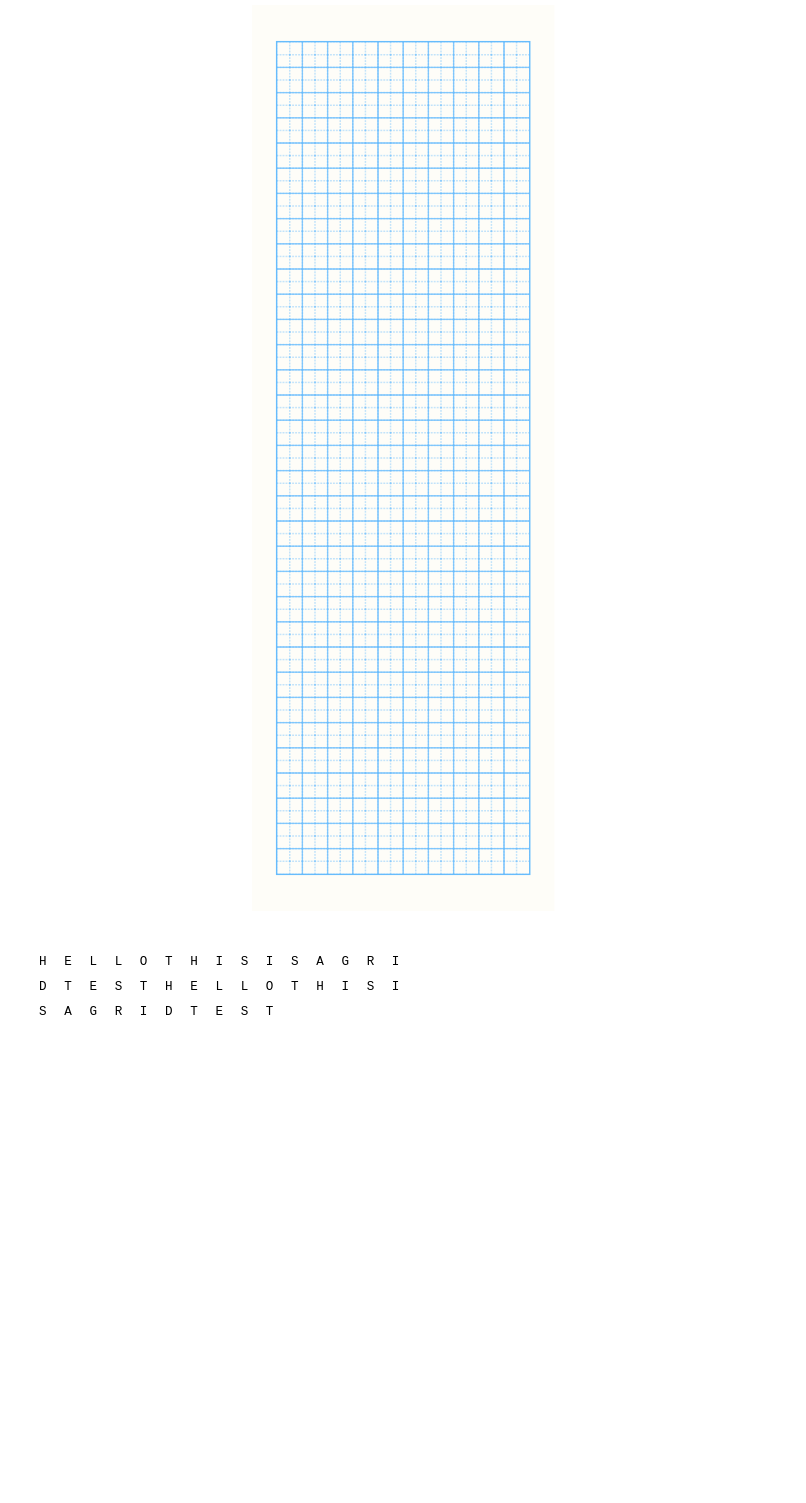
Repository: pyrcl090/p-p
Page: index.html
The author's editor kept a copy of each file at every save. The page is drawn from the files as they stood at one save, then again after a run of saves.
The browser window is 1280 px wide. The pictures show the whole page, at 63% of full size.

Above is the page before, as saved 2025-03-30 10:31:18.

### index.html
<!DOCTYPE html>
<html lang="en">
<head>
    <meta charset="UTF-8">
    <meta name="viewport" content="width=device-width, initial-scale=1.0">
    <title>Pube</title>
    <link rel="stylesheet" href="style.css">
</head>
<body>

    <div class="page">
        <div class="grid-container"></div>
    </div>

    <div class="text">
    <div class="overlay-grid"></div>
    </div>

</body>
<script src="script.js" async defer></script>
</html>

### style.css
*{

}

body{
    background-color: ;
}

.page{
    background-color: rgb(254, 253, 248);
    margin: auto;
    width: fit-content;
    height: fit-content;
    padding-top: 3.7em;
    padding-bottom: 3.7em;
    padding-left: 2.5em;
    padding-right: 2.5em;
    position: relative;
}
.grid-container {
    display: grid;
    grid-template-columns: repeat(10, 40px);
    grid-template-rows: repeat(22, 40px);
    outline: 2px solid rgb(88, 181, 253);
    width: fit-content;
    margin: auto;
    opacity: .9;
}
.grid-item {
    display: grid;
    position: relative;
    grid-template-columns: repeat(2, 1fr);
    grid-template-rows: repeat(2, 1fr);
    outline: .5px solid rgb(88, 181, 253);
    width: 40px;
    height: 40px;
}
.sub-cell {
    outline: 0.25px dashed rgb(88, 181, 253);
    opacity: .5;
    width: 100%;
    height: 100%;
}

.text{
    position: absolute;
    background-color: transparent;
    margin: auto;
    width: fit-content;
    height: fit-content;
    padding-top: 3.7em;
    padding-bottom: 3.7em;
    padding-left: 2.5em;
    padding-right: 2.5em;
}
.overlay-grid {
    position: absolute;
    display: grid;
    grid-template-columns: repeat(15, 40px);
    grid-template-rows: repeat(22, 40px);
    width: fit-content;
    margin: auto;
    pointer-events: none;
}

.overlay-item {
    display: flex;
    align-items: center;
    justify-content: center;
    font-family: 'Courier New', monospace;
    font-size: 20px;
    text-align: center;
    color: black;
}

### script.js
const gridContainer = document.querySelector('.grid-container');
        const overlayGrid = document.querySelector('.overlay-grid');
        const text = "HELLOTHISISAGRIDTESTHELLOTHISISAGRIDTEST".split(""); // Example text

        let index = 0;

        // Create the base grid items (with sub-cells)
        for (let i = 0; i < 22 * 15; i++) {
            let gridItem = document.createElement('div');
            gridItem.className = 'grid-item';

            // Add sub-cells inside each grid item
            for (let j = 0; j < 4; j++) {
                let subCell = document.createElement('div');
                subCell.className = 'sub-cell';
                gridItem.appendChild(subCell);
            }

            gridContainer.appendChild(gridItem);
        }

        // Create the overlay grid items (with text)
        for (let i = 0; i < 22 * 15; i++) {
            let overlayItem = document.createElement('div');
            overlayItem.className = 'overlay-item';

            // Add a letter from the text if available
            if (index < text.length) {
                overlayItem.textContent = text[index];
                index++;
            }

            overlayGrid.appendChild(overlayItem);
        }

After the next 2 saves:
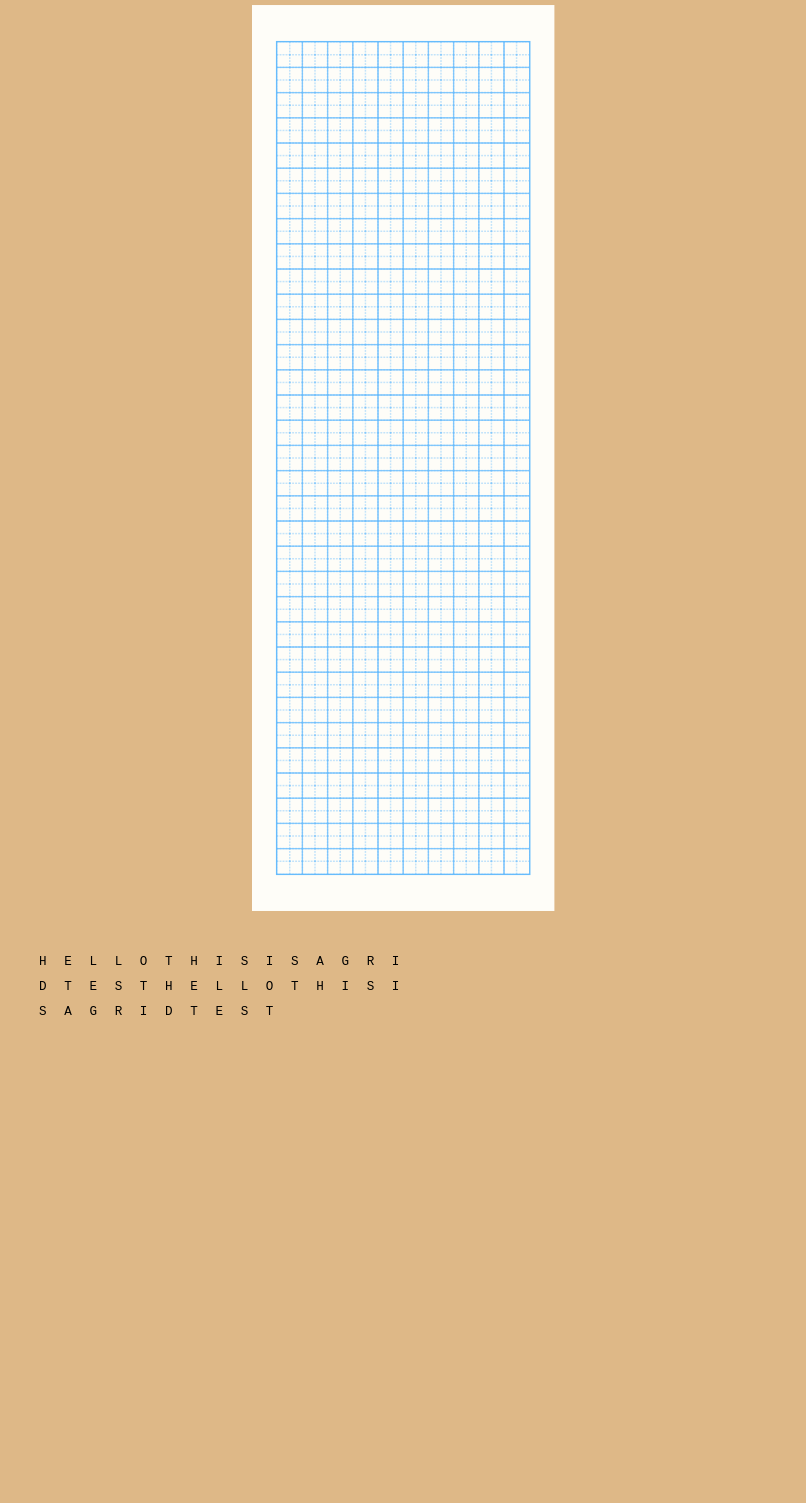
The 2 saves are shown as one change because they came seconds apart.
The last was saved 6 s later.
--- a/style.css
+++ b/style.css
@@ -3,7 +3,7 @@
 }
 
 body{
-    background-color: ;
+    background-color: burlywood;
 }
 
 .page{

After the save that followed:
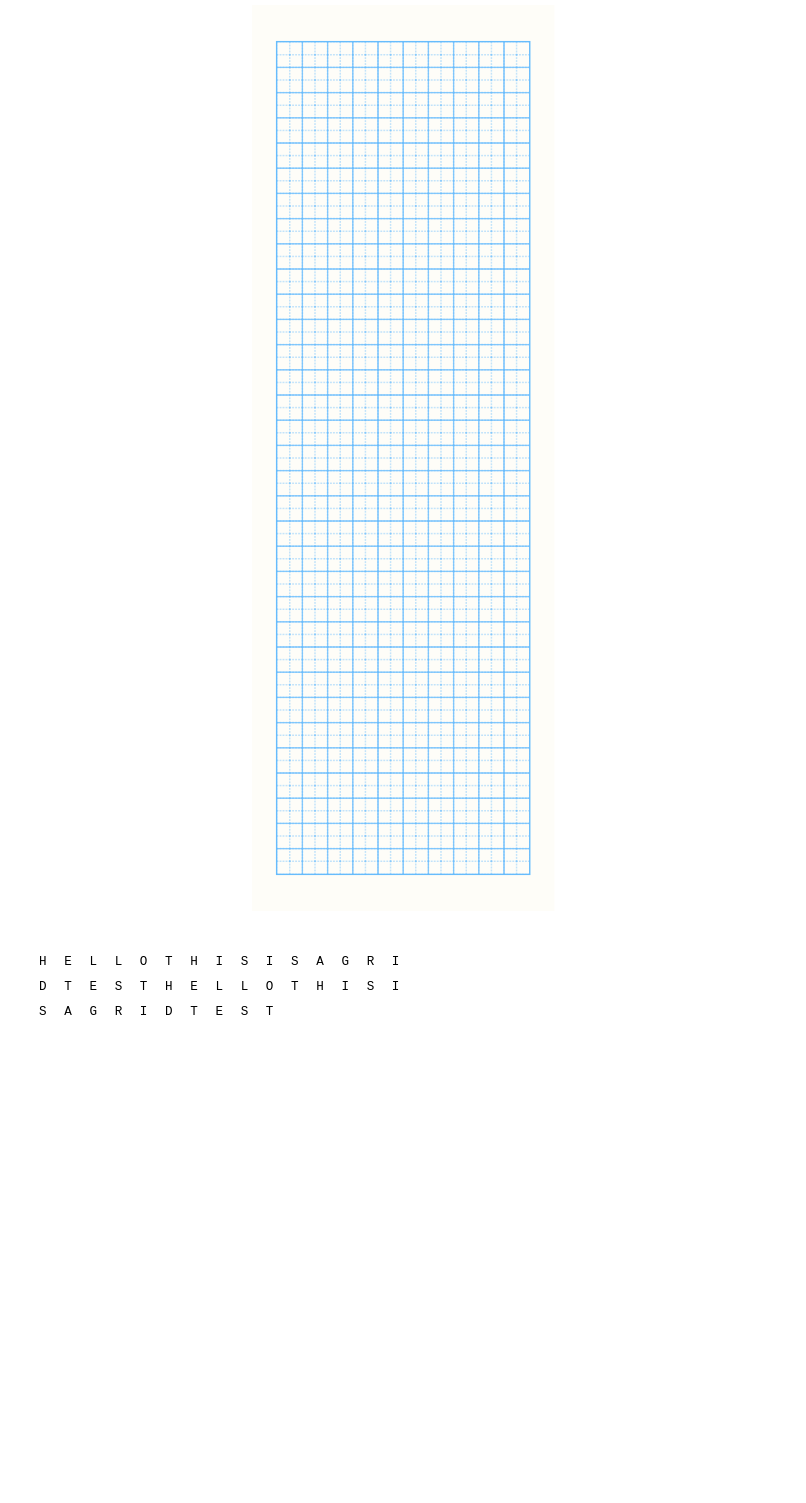
Not found: image.jpg
Saved 33 s later.
--- a/style.css
+++ b/style.css
@@ -3,7 +3,7 @@
 }
 
 body{
-    background-color: burlywood;
+    background: url('image.jpg') center/cover no-repeat;
 }
 
 .page{
